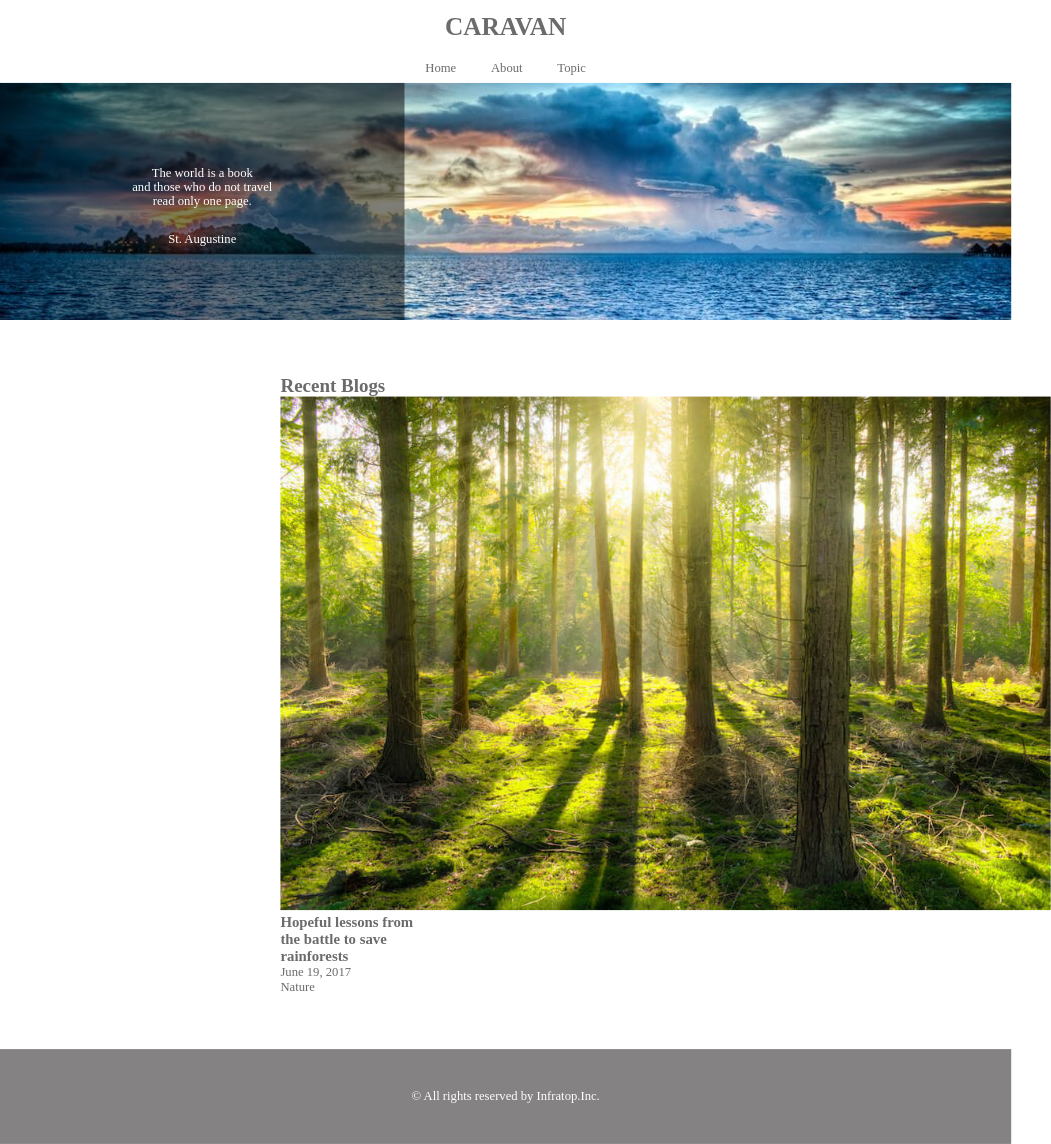
Repository: RAM-OK/git-practice
Page: caravan/index.html
The author's editor kept a record of every edit. The page is drawn from the files as they stood at one moment, then again after the next edit.
The browser window is 1280 px wide. The page is 1330 px wide, so the pictures cover 1330 px, including what lies to the right of the window. The pictures show the whole page, at 79% of full size.

Above is the page before.

After the next edit:
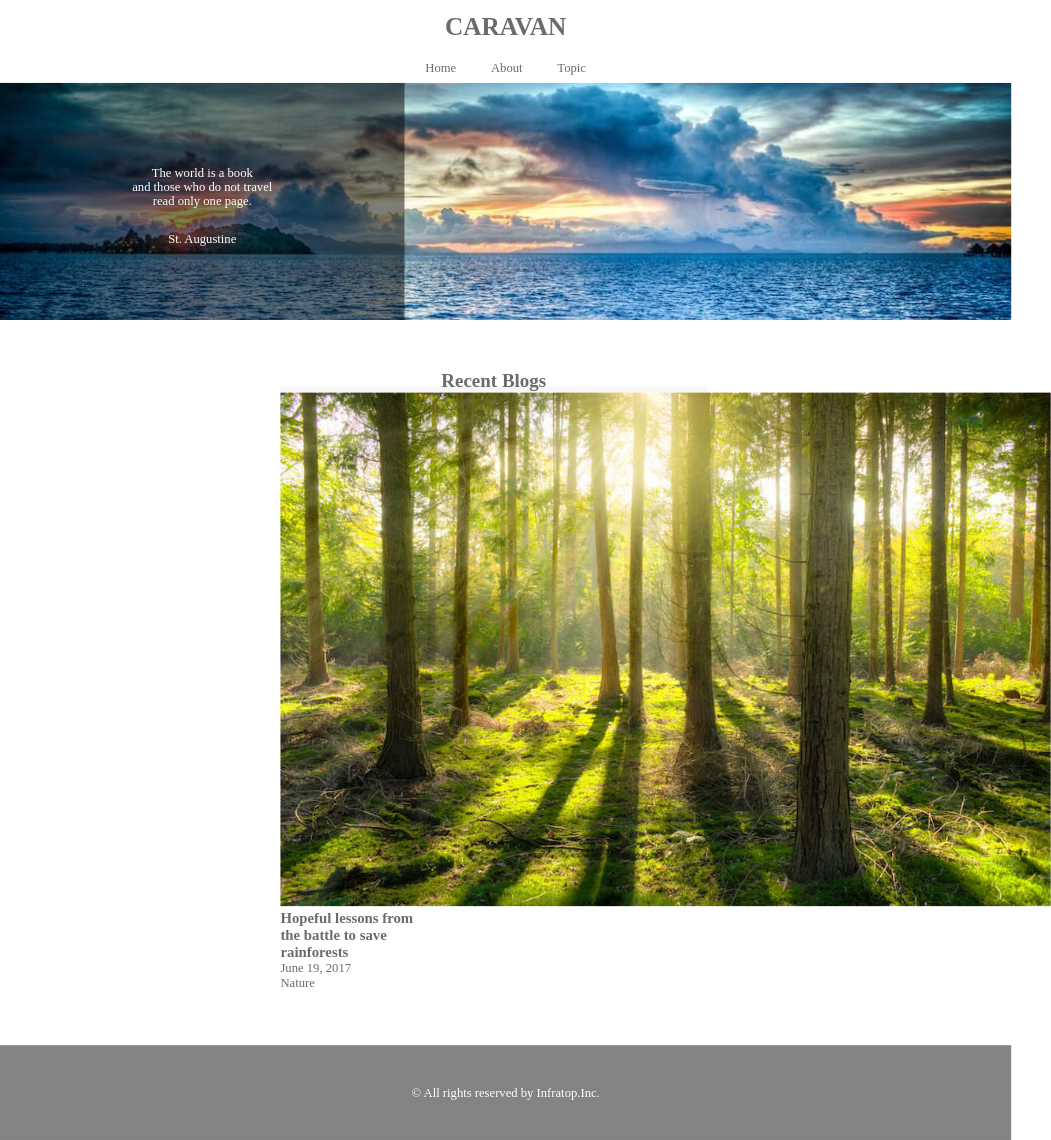
The edit:
--- a/caravan/style.css
+++ b/caravan/style.css
@@ -71,6 +71,12 @@
   margin-right: 30px; /* 領域の右側余白 */
 }
 
+.blog-heading {
+  border-bottom: 8px solid #f7f7f7;
+  text-align: center;
+  line-height: 0.6;
+}
+
 .sidebar {
 
 }
